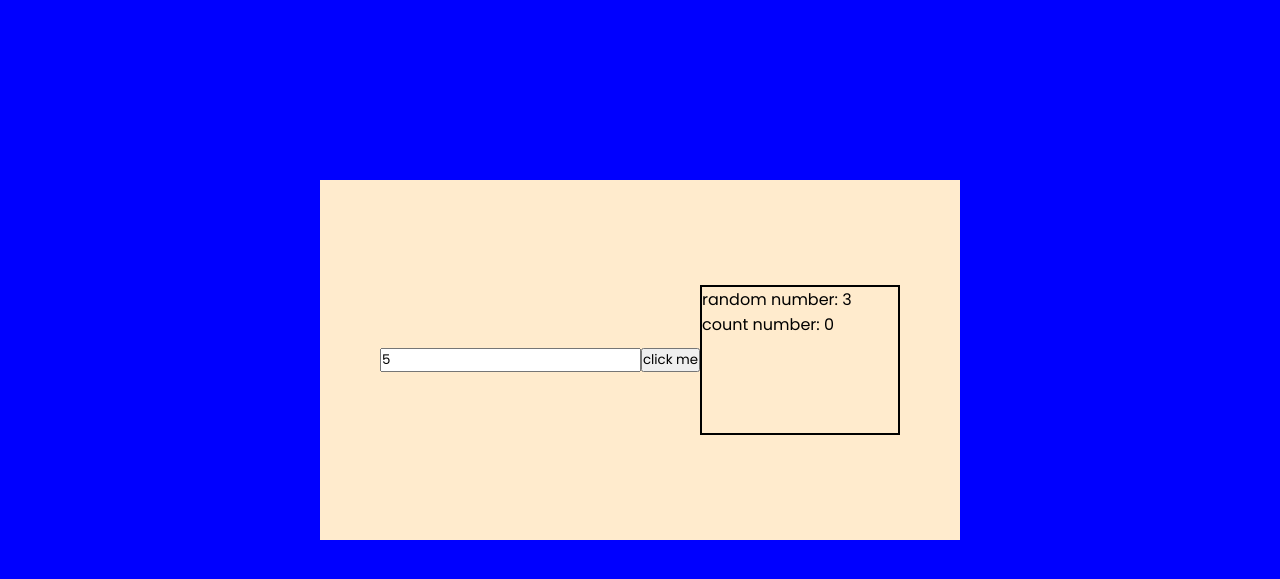
Repository: NarekTovmasyan/promise
Page: inex.html
These files come from the project's save history. The page is drawn as it stood at one moment and after the next save; the edit follows.
The browser window is 1280 px wide. The pictures show the whole page.
Empty fields were first filled with sample values (such as "Sample", 5 or name@example.com).
After loading, the first visible `#button` was clicked once.

Above is the page before, as saved 2022-02-22 17:44:15.

After the next save:
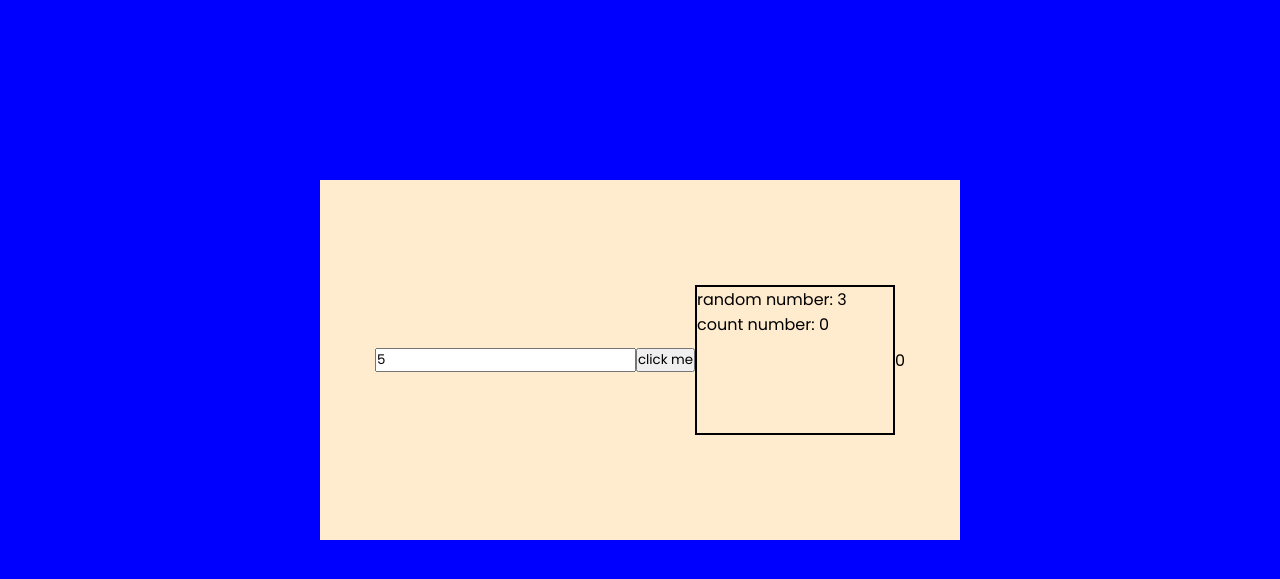
Saved 80 s later.
--- a/script.js
+++ b/script.js
@@ -78,7 +78,7 @@ button.addEventListener("click", function() {
         count += 0;
     }
     p2Text.innerText = `count number: ${count}`;
-
+    sum.innerText += totalCount;
     // let arr = [];
     // let sum1 = arr.reduce((a, b) => {
     //     return a + b;
